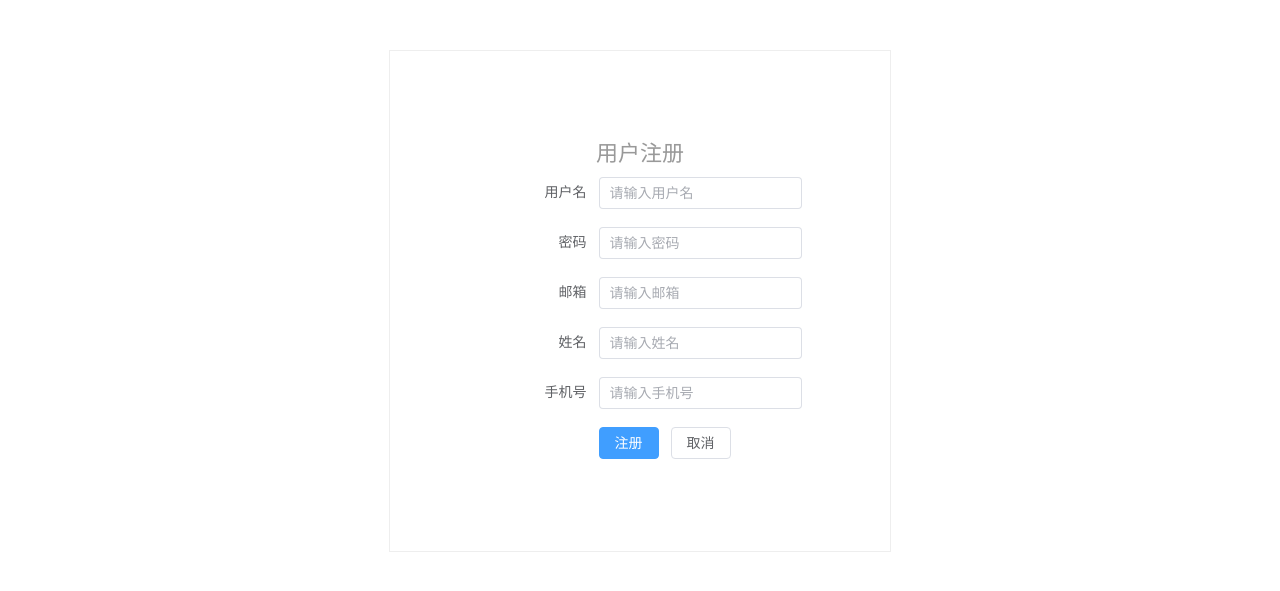
Repository: Mickey1216/yzkj_login_demo
Page: /
These files come from the project's save history. The page is drawn as it stood at one moment and after a run of saves; the edit follows.
The browser window is 1280 px wide. The pictures show the whole page.
The project was rebuilt for these pictures with package versions that can differ from the ones it lists, and the page was loaded fresh each time. Also part of the build but not shown: vite.config.js.

Above is the page before, as saved 2023-07-04 16:15:04.

After the next 2 saves:
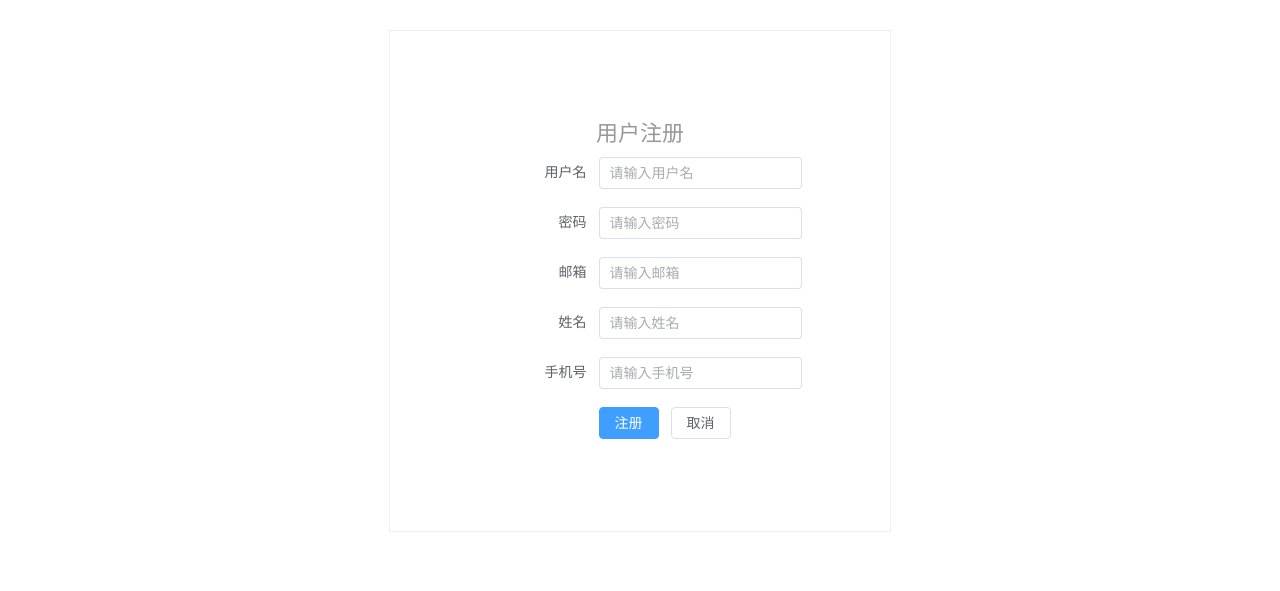
The 2 saves are shown as one change because they came seconds apart.
The last was saved 8 s later.
--- a/src/views/Register.vue
+++ b/src/views/Register.vue
@@ -52,7 +52,7 @@ const onSubmit = () => {
 
 <style scoped>
 .register {
-  margin: 50px auto;
+  margin: 30px auto;
   display: flex;
   flex-direction: column;
   justify-content: center;
